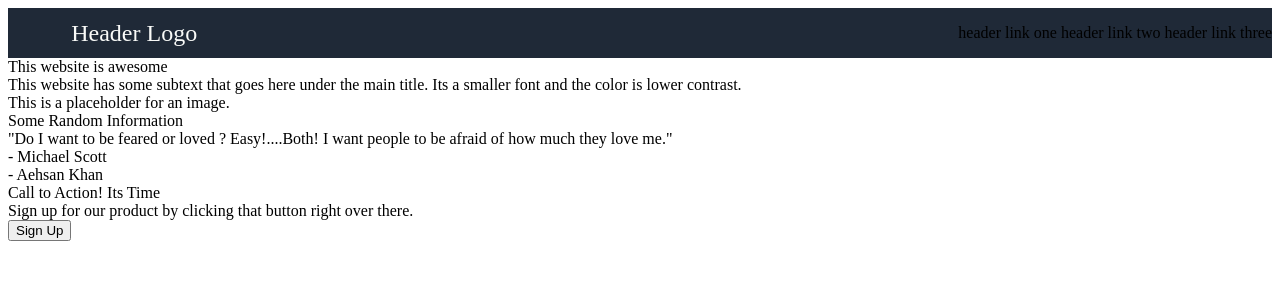
Repository: Aehsan4004/odinlandpage
Page: index.html
An editor plug-in stored every save of this project. The page is shown before and after the next save, followed by the edit.
The browser window is 1280 px wide. The pictures show the whole page.

Above is the page before, as saved 2025-02-10 09:07:27.

### index.html
<!DOCTYPE html>
<html lang="en">
<head>
    <meta charset="UTF-8">
    <meta name="viewport" content="width=device-width, initial-scale=1.0">
    <title>Odin Project Landing Page</title>
    <link rel="stylesheet" href="styles.css">
</head>
<body>
    <div class="one">
        <div class="logo">
            Header Logo
        </div>
        <div class="head-links">
            <ul>
                <a>header link one</a>
                <a>header link two</a>
                <a>header link three</a>
            </ul>
        </div>
    </div>

    <div class="two">
        <div class="left-box">
            <div class="title">
                This website is awesome
            </div>

            <div class="content">
                This website has some subtext that goes here under the main title. Its a smaller font and the color is lower contrast.
            </div>

        </div>
        <div class="right-box">
            This is a placeholder for an image.
        </div>

    </div>

    <div class="three">
        <div class="opt-head">
            Some Random Information
        </div>
        <div class="menu-box">
            <div class="box" id="1"></div>
            <div class="box" id="2"></div>
            <div class="box" id="3"></div>
            <div class="box" id="4"></div>
        </div>

    </div>

    <div class="four">
        <div class="quote">
            "Do I want to be feared or loved ?
             Easy!....Both!
             I want people to be afraid of how much they love me."
        </div>
        <div class="quoter"> - Michael Scott</div>
        <div class="requoter"> - Aehsan Khan</div>
    </div>

    <div class="five">
        <div class="foot-box">
            <div class="call2act">
                <div class="main"> Call to Action! Its Time</div>
                <div class="supp">Sign up for our product by clicking that button right over there.</div>
            </div>
            <button class="signup-btn">Sign Up</button>
        </div>

    </div>
</body>
</html>

### styles.css
body {
    display: flex;
    flex-direction: column;
    /* flex: 1 1 100%; */
    /* min-height: 100%; */
    /* align-items: center; */
    justify-content: center;
}

.one {
    display: flex;
    justify-content: space-between;
    align-items: center;
    background-color: #1f2937;
}

.logo {
    font-size: 24px;
    color: #f9faf8;
    margin-left: 5%;
}

After the next save:
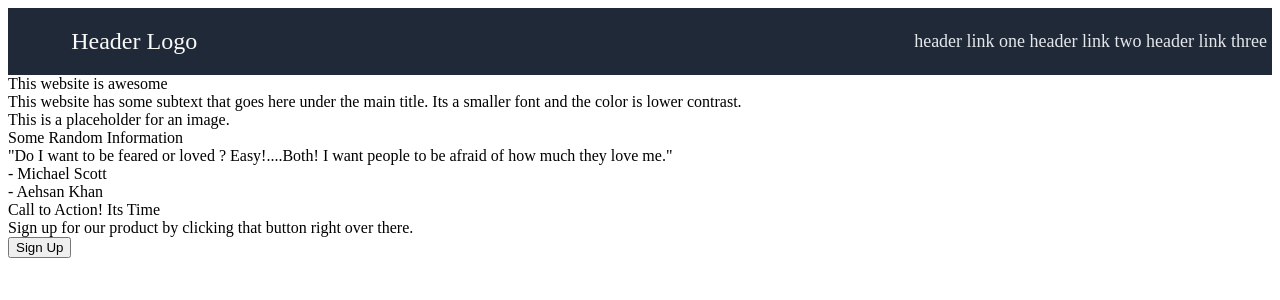
Saved 9 min 42 s later.
--- a/styles.css
+++ b/styles.css
@@ -19,3 +19,9 @@ body {
     color: #f9faf8;
     margin-left: 5%;
 }
+
+.head-links {
+    color: #e5e7eb;
+    font-size: 18px;
+    margin: 5px;
+}
